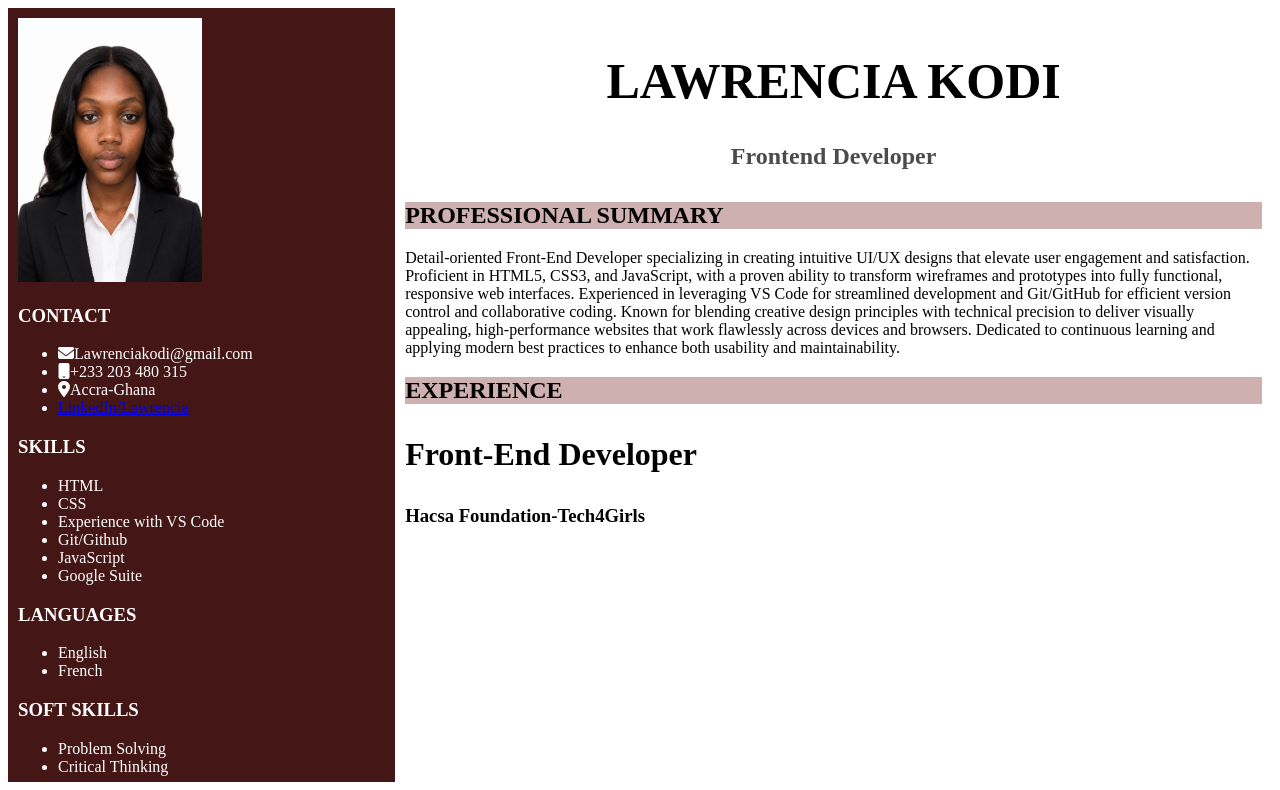
Repository: lawrencia-coder/T4G_CV
Page: index.html
An editor plug-in stored every save of this project. The page is shown before and after the next save, followed by the edit.
The browser window is 1280 px wide. The pictures show the whole page.
Some icons come from a web library that is not loaded, so they are not drawn. Some web libraries are served in a nearby version.

Above is the page before, as saved 2026-07-14 08:17:08.

After the next save:
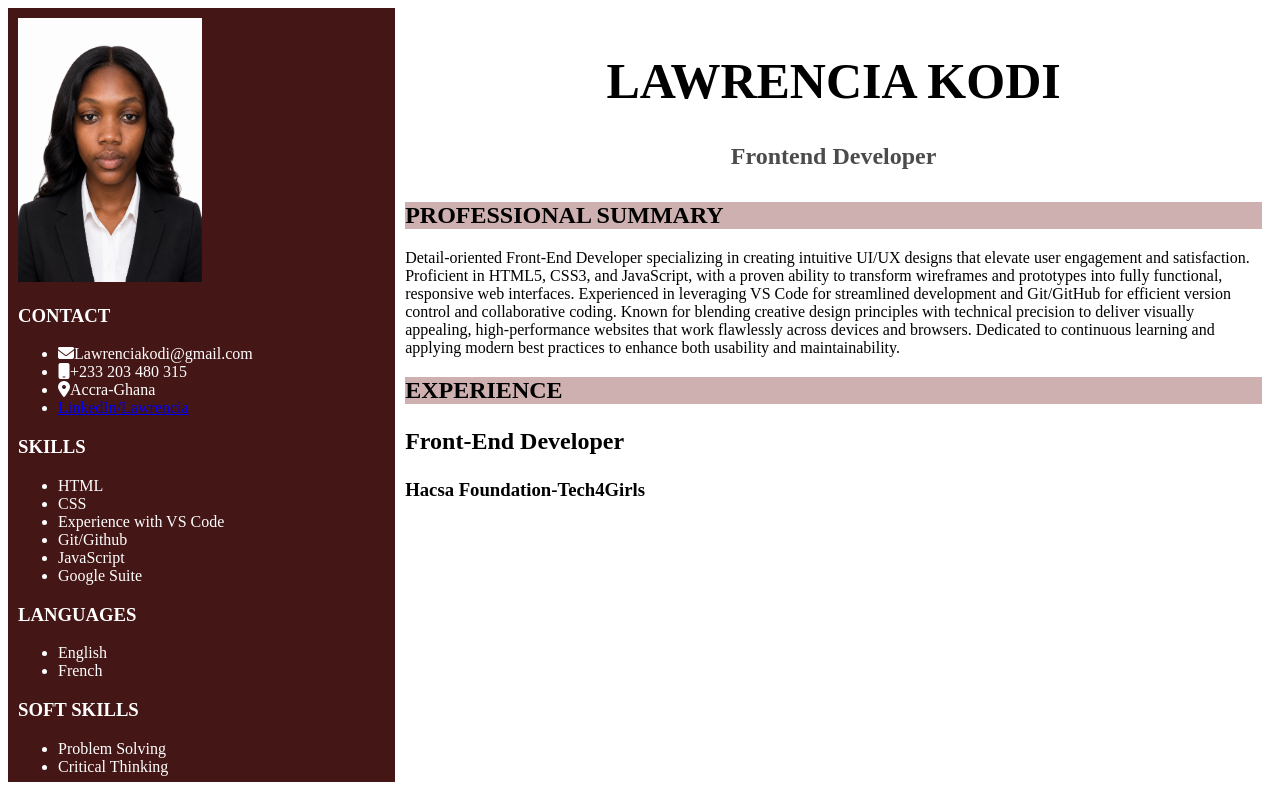
Saved 7 s later.
--- a/index.html
+++ b/index.html
@@ -62,7 +62,7 @@
                 </p>
 
                 <h2>EXPERIENCE</h2>
-                <h3 style="font-size: xx-large;">Front-End Developer</h3>
+                <h3 style="font-size: x-large;">Front-End Developer</h3>
                 <h3>Hacsa Foundation-Tech4Girls</h3>
          </div>
     </div>
